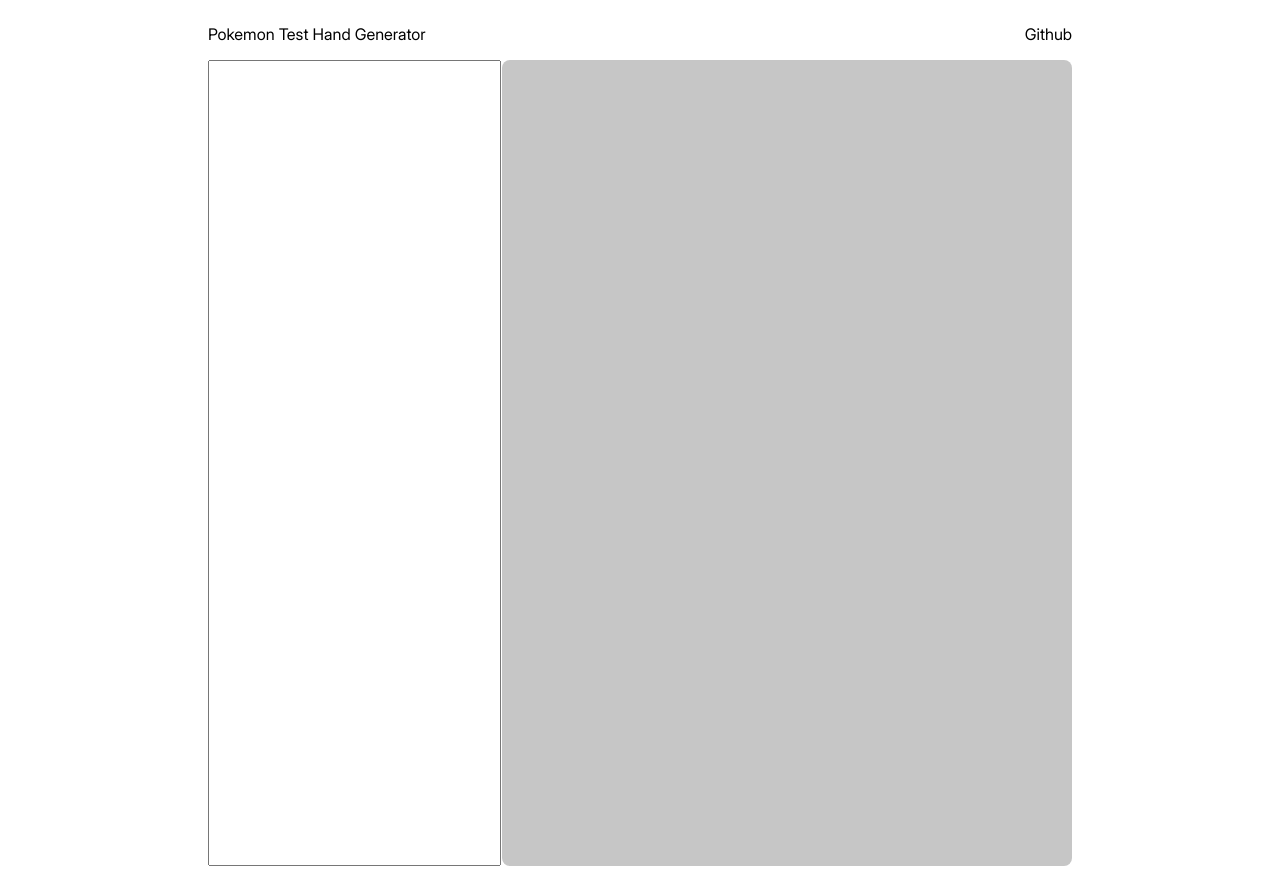
Repository: danielj1415/test-hand-simulator
Page: /
The author's editor kept a copy of each file at every save. The page is drawn from the files as they stood at one save, then again after the next save.
The browser window is 1280 px wide. The pictures show the whole page.
The project was rebuilt for these pictures with package versions that can differ from the ones it lists, and the page was loaded fresh each time. Also part of the build but not shown: vite.config.ts, src/index.css.

Above is the page before, as saved 2024-10-30 17:48:44.

After the next save:
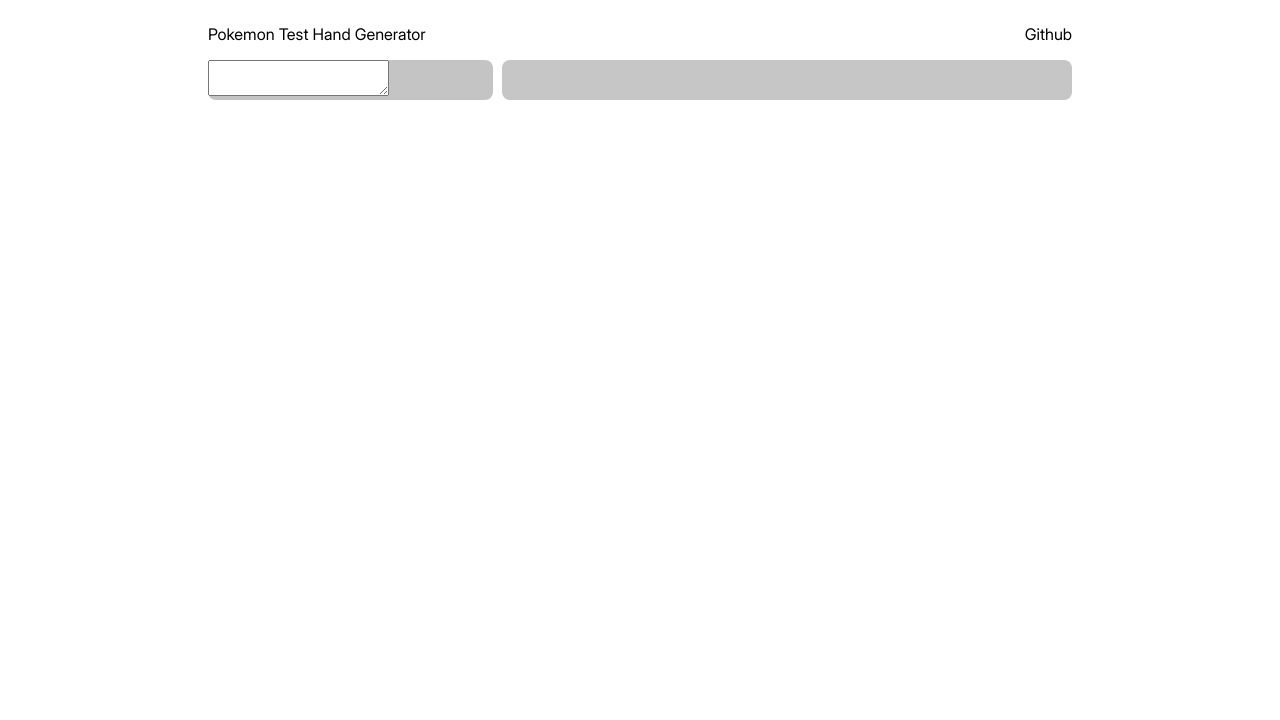
Saved 94 s later.
--- a/src/App.tsx
+++ b/src/App.tsx
@@ -35,7 +35,7 @@ function App() {
             <form onSubmit = {handleSubmit}>
               <div>
                 <label htmlFor="deck"></label>
-                <input type="text" id="deck" name="deck" value={deckList.deck} onChange={handleChange}/>
+                <textarea type="text" id="deck" name="deck" value={deckList.deck} onChange={handleChange}/>
               </div>
             </form>
           </div>
